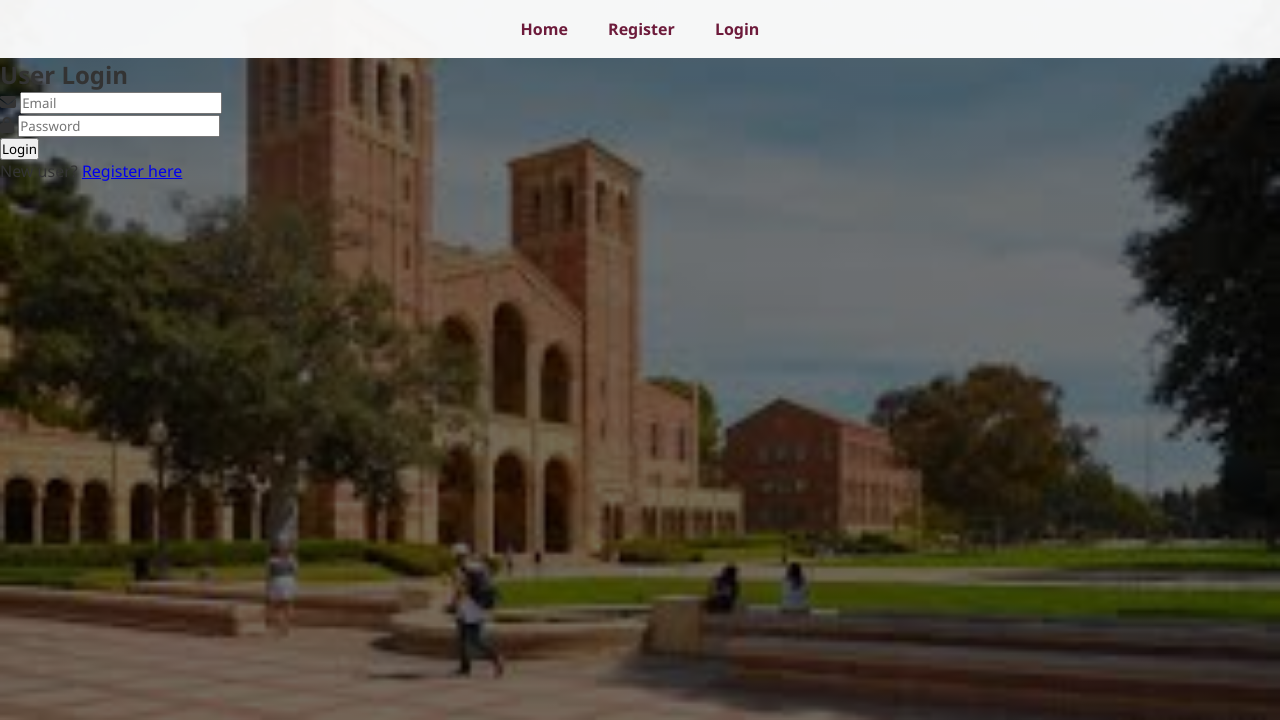
Repository: Sanjaya1822/Campus-Exchange
Page: http://localhost/CampusExchange/login.jsp
An editor plug-in stored every save of this project. The page is shown before and after the next save, followed by the edit.
The browser window is 1280 px wide. The pictures show the whole page.
The page is served by Tomcat 9. Other server files are loaded and not shown.

Above is the page before, as saved 2026-02-01 04:56:08.

### CampusExchange/src/main/webapp/login.jsp
<%@ page language="java" contentType="text/html; charset=UTF-8" %>
<!DOCTYPE html>
<html>
<head>
    <title>Login - CampusExchange</title>
    <link rel="stylesheet" href="css/style.css">
    <link rel="stylesheet" href="https://cdnjs.cloudflare.com/ajax/libs/font-awesome/6.5.0/css/all.min.css">

</head>
<body>

<div class="navbar">
    <a href="index.jsp">Home</a>
    <a href="register.jsp">Register</a>
    <a href="login.jsp">Login</a>
</div>

<div class="container">
    <h2>User Login</h2>

    <form action="login" method="post">

        <div class="input-group">
            <i class="fa fa-envelope"></i>
            <input type="email" name="email" placeholder="Email" required>
        </div>

        <div class="input-group">
            <i class="fa fa-lock"></i>
            <input type="password" name="password" placeholder="Password" required>
        </div>

        <input type="submit" value="Login">
    </form>

    <div class="link">
        New user? <a href="register.jsp">Register here</a>
    </div>
</div>


</body>
</html>

### CampusExchange/src/main/webapp/css/style.css
/* ================= RESET ================= */
* {
    margin: 0;
    padding: 0;
    box-sizing: border-box;
    font-family: "Segoe UI", Arial, sans-serif;
}

/* ================= PAGE BACKGROUND ================= */
body {
    background: linear-gradient(
        rgba(0,0,0,0.55),
        rgba(0,0,0,0.55)
    ),
    url("../images/bg.jpg") no-repeat center center / cover;
    min-height: 100vh;
    color: #333;
}

/* ================= NAVBAR ================= */
.navbar {
    width: 100%;
    padding: 18px;
    text-align: center;
    background: rgba(255,255,255,0.95);
}

.navbar a {
    margin: 0 18px;
    text-decoration: none;
    color: #6d1b3b;
    font-weight: 600;
    font-size: 16px;
}

.navbar a:hover {
    color: #9c274d;
}

/* ================= HERO ================= */
.hero {
    margin-top: 120px;
    text-align: center;
    color: #ffffff;
}

.hero h1 {
    font-size: 52px;
    letter-spacing: 1px;
}

.hero p {
    margin-top: 15px;
    font-size: 18px;
    max-width: 650px;
    margin-left: auto;
    margin-right: auto;
    opacity: 0.95;
}

/* ================= CTA ================= */
.cta {
    margin-top: 30px;
}

.cta a {
    display: inline-block;
    padding: 14px 30px;
    background: #6d1b3b;
    color: #ffffff;
    text-decoration: none;
    border-radius: 30px;
    font-size: 16px;
    font-weight: 600;
}

.cta a:hover {
    background: #9c274d;
}

/* ================= FEATURES ================= */
.features {
    background: #f7f3f5;
    padding: 70px 20px;
    margin-top: 120px;
}

.features h2 {
    text-align: center;
    margin-bottom: 40px;
    color: #6d1b3b;
    font-size: 32px;
}

/* ================= FEATURE GRID ================= */
.feature-grid {
    display: grid;
    grid-template-columns: repeat(auto-fit, minmax(220px, 1fr));
    gap: 30px;
    max-width: 1000px;
    margin: auto;
}

/* ================= FEATURE CARD ================= */
.feature-card {
    background: #ffffff;
    padding: 30px;
    border-radius: 14px;
    text-align: center;
    box-shadow: 0 15px 30px rgba(0,0,0,0.15);
    transition: transform 0.3s ease, box-shadow 0.3s ease;
}

.feature-card i {
    font-size: 34px;
    color: #6d1b3b;
    margin-bottom: 15px;
}

.feature-card h3 {
    margin-bottom: 10px;
    color: #6d1b3b;
}

.feature-card p {
    font-size: 14px;
    line-height: 1.6;
}

.feature-card a {
    display: inline-block;
    margin-top: 15px;
    color: #9c274d;
    font-weight: 600;
    text-decoration: none;
}

.feature-card:hover {
    transform: translateY(-8px);
    box-shadow: 0 25px 45px rgba(0,0,0,0.25);
}

/* ================= INFO SECTION ================= */
.info {
    background: #ffffff;
    padding: 70px 20px;
}

.info h2 {
    text-align: center;
    color: #6d1b3b;
    margin-bottom: 25px;
}

.info p {
    max-width: 800px;
    margin: auto;
    text-align: center;
    line-height: 1.7;
    font-size: 15px;
}

/* ================= FOOTER ================= */
.footer {
    background: #6d1b3b;
    color: #ffffff;
    padding: 20px;
    text-align: center;
    font-size: 14px;
}
/* ================= AUTH PAGES ================= */
.auth-container {
    width: 420px;
    background: rgba(255,255,255,0.97);
    padding: 35px;
    border-radius: 14px;
    box-shadow: 0 20px 40px rgba(0,0,0,0.3);
    margin: 120px auto;
}

.auth-container h2 {
    text-align: center;
    margin-bottom: 25px;
    color: #6d1b3b;
}

/* Input group */
.auth-group {
    margin-bottom: 18px;
}

.auth-group label {
    display: block;
    margin-bottom: 6px;
    font-weight: 600;
    color: #444;
}

.auth-group input {
    width: 100%;
    padding: 12px;
    border-radius: 6px;
    border: 1px solid #ccc;
    font-size: 15px;
}

.auth-group input:focus {
    outline: none;
    border-color: #9c274d;
    box-shadow: 0 0 5px rgba(156,39,77,0.4);
}

/* Submit button */
.auth-btn {
    width: 100%;
    padding: 12px;
    background: #6d1b3b;
    color: white;
    border: none;
    border-radius: 6px;
    font-size: 16px;
    font-weight: 600;
    cursor: pointer;
    margin-top: 10px;
}

.auth-btn:hover {
    background: #9c274d;
}

/* Auth links */
.auth-link {
    text-align: center;
    margin-top: 18px;
}

.auth-link a {
    text-decoration: none;
    color: #6d1b3b;
    font-weight: 600;
}

.auth-link a:hover {
    text-decoration: underline;
}

After the next save:
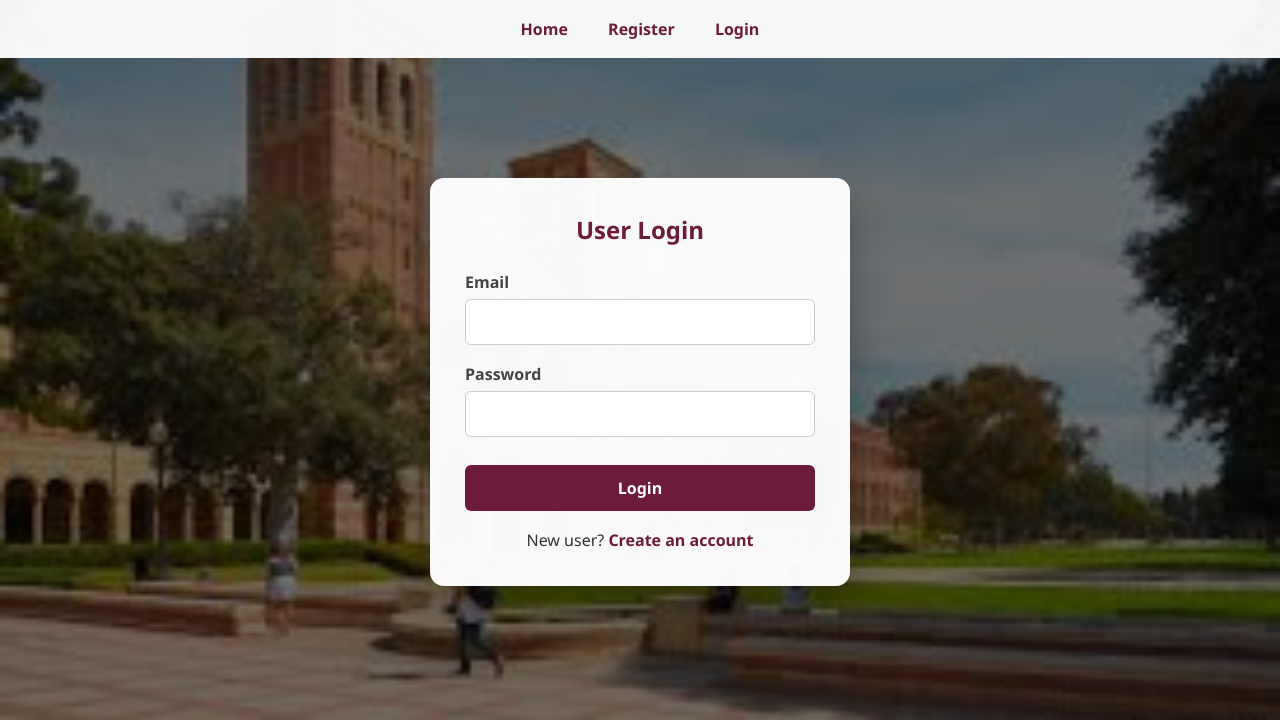
Saved 18 s later.
--- a/CampusExchange/src/main/webapp/login.jsp
+++ b/CampusExchange/src/main/webapp/login.jsp
@@ -9,35 +9,37 @@
 </head>
 <body>
 
+<!-- NAVBAR -->
 <div class="navbar">
     <a href="index.jsp">Home</a>
     <a href="register.jsp">Register</a>
     <a href="login.jsp">Login</a>
 </div>
 
-<div class="container">
+<!-- LOGIN CARD -->
+<div class="auth-container">
     <h2>User Login</h2>
 
     <form action="login" method="post">
 
-        <div class="input-group">
-            <i class="fa fa-envelope"></i>
-            <input type="email" name="email" placeholder="Email" required>
+        <div class="auth-group">
+            <label>Email</label>
+            <input type="email" name="email" required>
         </div>
 
-        <div class="input-group">
-            <i class="fa fa-lock"></i>
-            <input type="password" name="password" placeholder="Password" required>
+        <div class="auth-group">
+            <label>Password</label>
+            <input type="password" name="password" required>
         </div>
 
-        <input type="submit" value="Login">
+        <input type="submit" value="Login" class="auth-btn">
     </form>
 
-    <div class="link">
-        New user? <a href="register.jsp">Register here</a>
+    <div class="auth-link">
+        New user? <a href="register.jsp">Create an account</a>
     </div>
 </div>
 
+</body>
 
-</body>
 </html>
